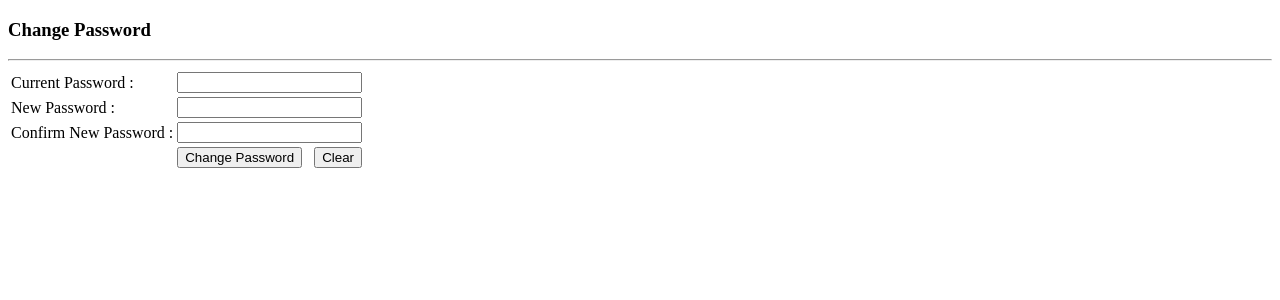
Repository: parijat-singh/Web_Backend
Page: pgfsd-flyaway-project/src/main/java/com/simplilearn/project/chgpw.html
The author's editor kept a copy of each file at every save. The page is drawn from the files as they stood at one save, then again after the next save.
The browser window is 1280 px wide. The pictures show the whole page.

Above is the page before, as saved 2021-06-08 06:38:20.

### pgfsd-flyaway-project/src/main/java/com/simplilearn/project/chgpw.html
<!DOCTYPE html>
<html>
<head>
<meta charset="ISO-8859-1">
<title>Change Password</title>
</head>
<body>
<h3>Change Password</h3>
    <hr />

    <form action="pgfsd-flyaway-project/chgpwd" method="GET">

        <table>
            <tbody>
                <tr>
                    <td>Current Password :</td>
                    <td><input type="password" name="currPassword"></td>
                </tr>

                <tr>
                    <td>New Password :</td>
                    <td><input type="password" name="newPassword"></td>
                </tr>
                <tr>
                    <td>Confirm New Password :</td>
                    <td><input type="password" name="confirmPassword"></td>
                </tr><tr>
                    <td>&nbsp;</td>
                    <td><input type="submit" value="Change Password" name="btnChgPw">
                        &nbsp; <input type="reset" value="Clear" name="btnCLear"></td>
                </tr>

</body>
</html>

After the next save:
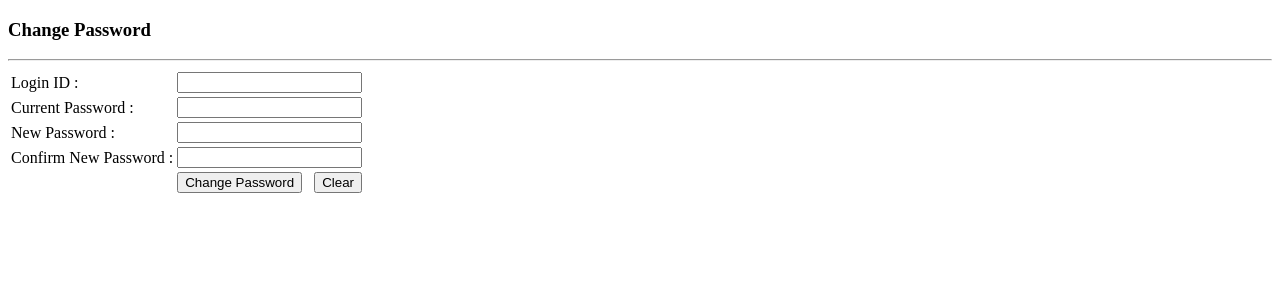
Saved 5 min 50 s later.
--- a/pgfsd-flyaway-project/src/main/java/com/simplilearn/project/chgpw.html
+++ b/pgfsd-flyaway-project/src/main/java/com/simplilearn/project/chgpw.html
@@ -8,10 +8,14 @@
 <h3>Change Password</h3>
     <hr />
 
-    <form action="pgfsd-flyaway-project/chgpwd" method="GET">
+    <form action="chgpwd" method="post">
 
         <table>
             <tbody>
+                <tr>
+                    <td>Login ID :</td>
+                    <td><input type="text" name="loginid"></td>
+                </tr>
                 <tr>
                     <td>Current Password :</td>
                     <td><input type="password" name="currPassword"></td>
@@ -29,6 +33,6 @@
                     <td><input type="submit" value="Change Password" name="btnChgPw">
                         &nbsp; <input type="reset" value="Clear" name="btnCLear"></td>
                 </tr>
-
+			</table>
 </body>
 </html>
